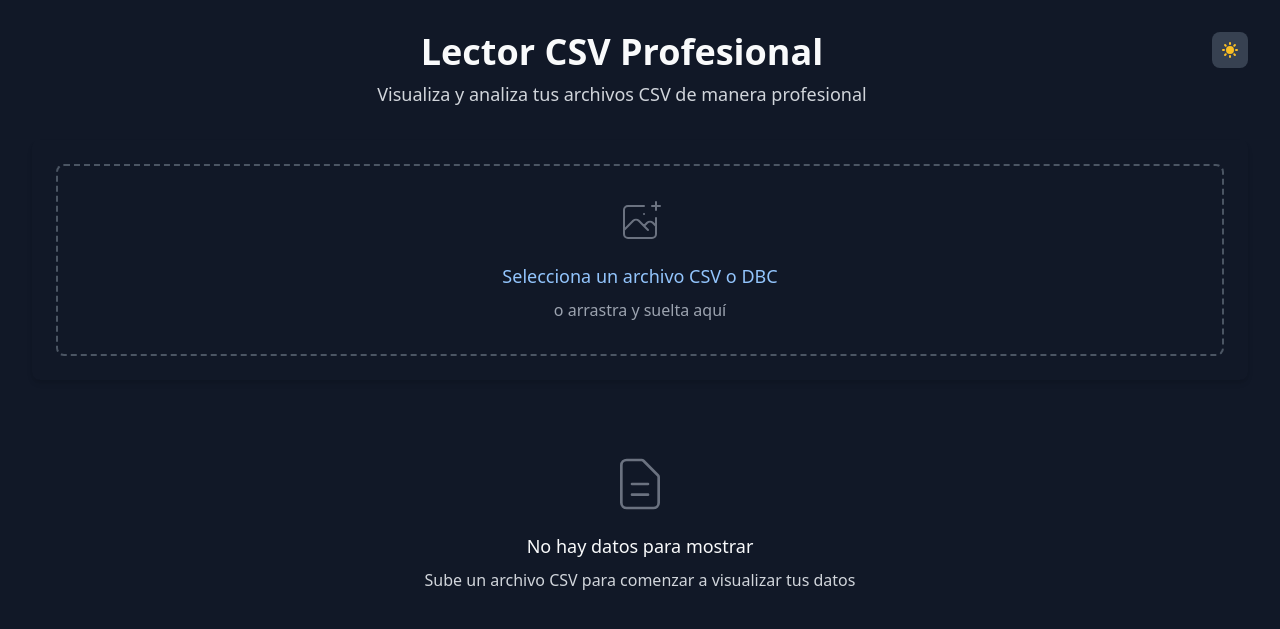
Repository: aitorcachero/lector-csv
Page: /
The author's editor kept a copy of each file at every save. The page is drawn from the files as they stood at one save, then again after a run of saves.
The browser window is 1280 px wide. The pictures show the whole page.
The project was rebuilt for these pictures with package versions that can differ from the ones it lists, and the page was loaded fresh each time. The framework's server and built-in components were replaced by stand-ins that run in the browser. Also part of the build but not shown: next.config.mjs.

Above is the page before, as saved 2025-06-23 11:36:40.

After the next 4 saves:
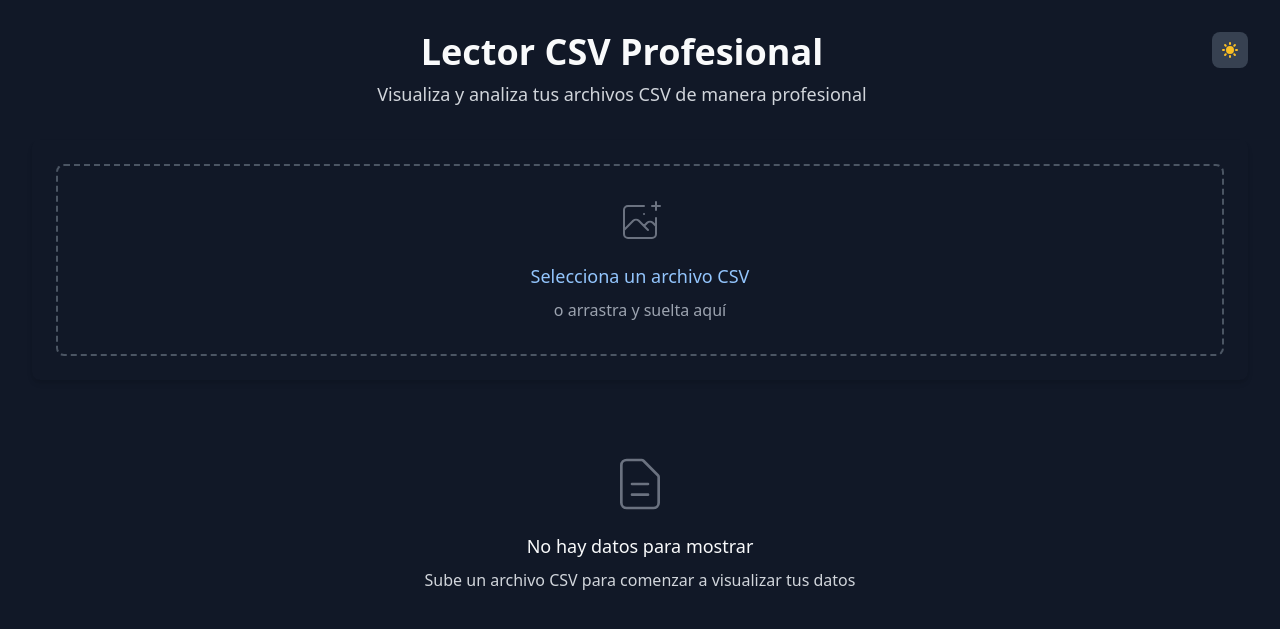
The 4 saves are shown as one change because they came seconds apart.
The last was saved 59 s later.
--- a/src/app/page.js
+++ b/src/app/page.js
@@ -1,12 +1,8 @@
 'use client';
-
-// ELIMINAR esta línea:
-// import Talent from './Talent.dbc'
 
 import { useState, useCallback } from 'react';
 import { parse } from 'csv-parse/browser/esm/sync';
 import { useTheme } from './context/ThemeContext';
-import { DBFFile } from 'dbffile';
 
 export default function CSVViewer() {
   const { isDarkMode, toggleTheme } = useTheme();
@@ -200,7 +196,7 @@ export default function CSVViewer() {
                 >
                   <path
                     fillRule="evenodd"
-                    d="M10 2a1 1 0 011 1v1a1 1 0 11-2 0V3a1 1 0 011-1zm4 8a4 4 0 11-8 0 4 4 0 018 0zm-.464 4.95l.707.707a1 1 0 001.414-1.414l-.707-.707a1 1 0 00-1.414 1.414zm2.12-10.607a1 1 0 010 1.414l-.707.707a1 1 0 11-1.414-1.414l.707-.707a1 1 0 011.414 0zM17 11a1 1 0 100-2h-1a1 1 0 100 2h1zm-7 4a1 1 0 011 1v1a1 1 0 11-2 0v-1a1 1 0 011-1zM5.05 6.464A1 1 0 106.465 5.05l-.708-.707a1 1 0 00-1.414 1.414l.707.707zm1.414 8.486l-.707.707a1 1 0 01-1.414-1.414l.707-.707a1 1 0 011.414 1.414zM4 11a1 1 0 100-2H3a1 1 0 000 2h1z"
+                    d="M10 2a1 1 0 011 1v1a1 1 0 11-2 0V3a1 1 0 011-1zm4 8a4 4 0 11-8 0 4 4 0 018 0zm-.464 4.95l.707.707a1 1 0 001.414-1.414l-.707-.707a1 1 0 00-1.414 1.414zm2.12-10.607a1 1 0 010 1.414l-.706.707a1 1 0 11-1.414-1.414l.707-.707a1 1 0 011.414 0zM17 11a1 1 0 100-2h-1a1 1 0 100 2h1zm-7 4a1 1 0 011 1v1a1 1 0 11-2 0v-1a1 1 0 011-1zM5.05 6.464A1 1 0 106.465 5.05l-.708-.707a1 1 0 00-1.414 1.414l.707.707zm1.414 8.486l-.707.707a1 1 0 01-1.414-1.414l.707-.707a1 1 0 011.414 1.414zM4 11a1 1 0 100-2H3a1 1 0 000 2h1z"
                     clipRule="evenodd"
                   />
                 </svg>
@@ -236,7 +232,7 @@ export default function CSVViewer() {
               </svg>
               <label htmlFor="csv-upload" className="cursor-pointer">
                 <span className="text-lg font-medium text-blue-600 hover:text-blue-500">
-                  Selecciona un archivo CSV o DBC
+                  Selecciona un archivo CSV
                 </span>
                 <input
                   id="csv-upload"
